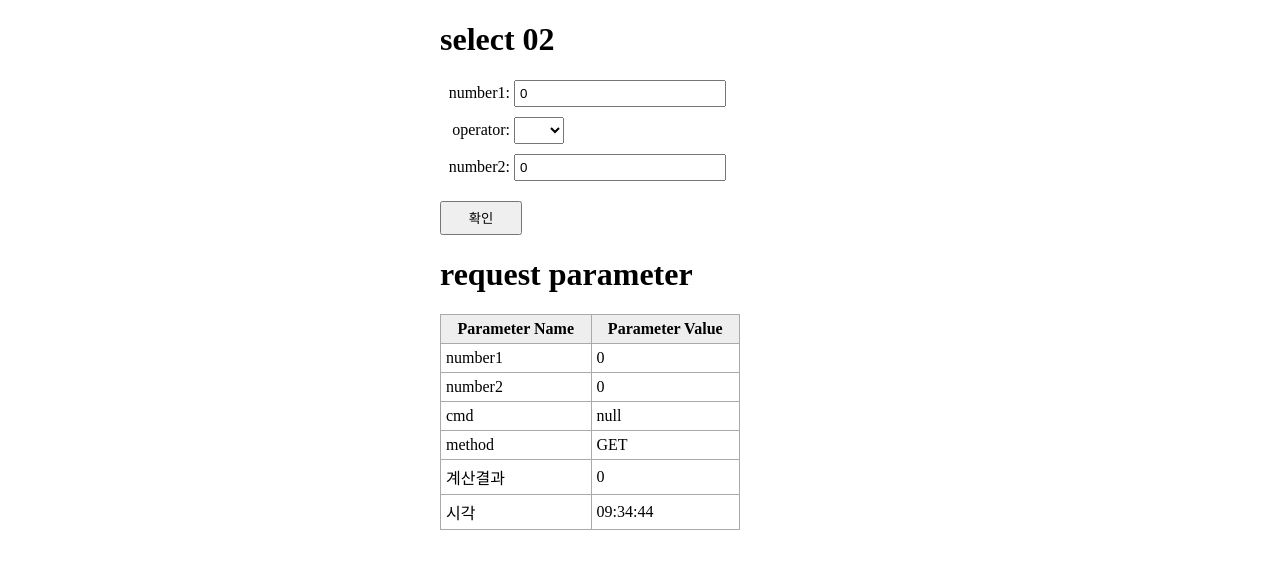
Repository: 5anniversary/JSPhw
Page: http://localhost/lecture1/form01/form2.jsp
An editor plug-in stored every save of this project. The page is shown before and after the next save, followed by the edit.
The browser window is 1280 px wide. The pictures show the whole page.
The page is served by Tomcat 9.

Above is the page before, as saved 2020-04-11 14:27:16.

After the next save:
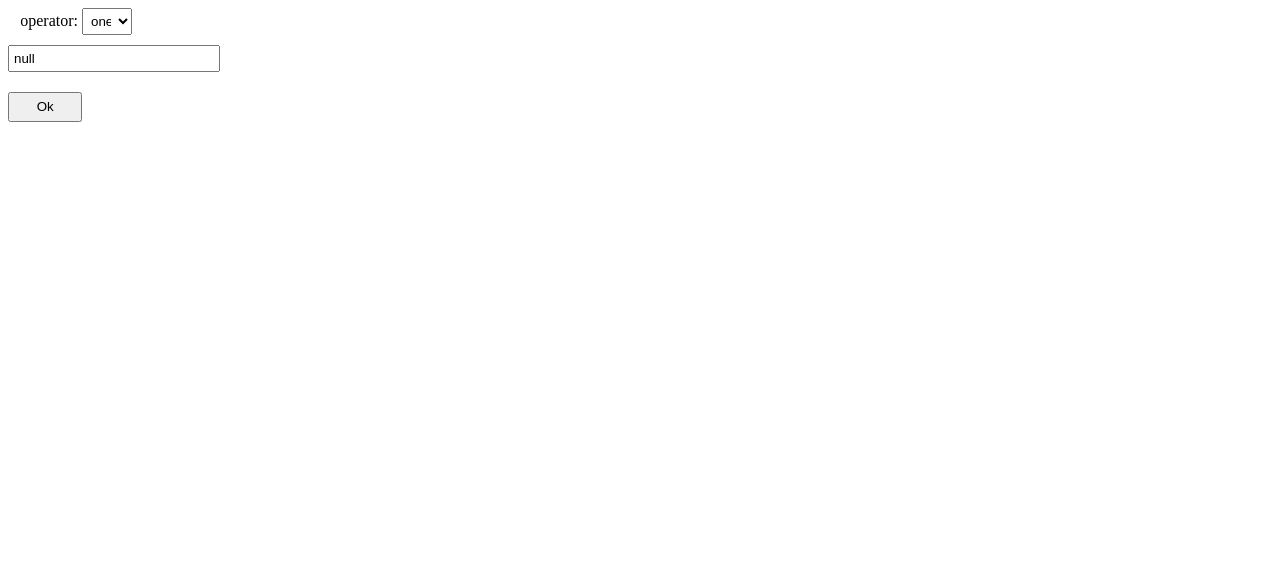
Saved 4 min 0 s later.
--- a/lecture1/WebContent/form01/form2.jsp
+++ b/lecture1/WebContent/form01/form2.jsp
@@ -53,79 +53,23 @@ td, th {
 </head>
 <body>
 	<%
-		String s1 = request.getParameter("number1");
-	int number1 = (s1 == null) ? 0 : Integer.parseInt(s1);
-	String s2 = request.getParameter("number2");
-	int number2 = (s2 == null) ? 0 : Integer.parseInt(s2);
-	String cmd = request.getParameter("cmd");
-	int result = 0;
-	if ("+".equals(cmd))
-		result = number1 + number2;
-	else if ("-".equals(cmd))
-		result = number1 - number2;
-	else if ("*".equals(cmd))
-		result = number1 * number2;
-	else if ("/".equals(cmd))
-		result = number1 / number2;
+	String s1 = request.getParameter("s1");
+	String result = s1;
 	%>
-	<div class="container">
-		<form method="get">
-			<h1>select 02</h1>
-			<div>
-				<label>number1:</label> <input type="text" name="number1"
-					value="<%=number1%>" />
-			</div>
-			<div>
-				<label>operator:</label> <select name="cmd">
-					<option value="+" <%="+".equals(cmd) ? "selected" : ""%>></option>
-					<option value="-" <%="-".equals(cmd) ? "selected" : ""%>>-</option>
-					<option value="*" <%="*".equals(cmd) ? "selected" : ""%>>*</option>
-					<option value="/" <%="/".equals(cmd) ? "selected" : ""%>>/</option>
-				</select>
-			</div>
-			<div>
-				<label>number2:</label> <input type="text" name="number2"
-					value="<%=number2%>" />
-			</div>
-			<div>
-				<button type="submit">확인</button>
-			</div>
-		</form>
-		<h1>request parameter</h1>
-		<table>
-			<thead>
-				<tr>
-					<th>Parameter Name</th>
-					<th>Parameter Value</th>
-				</tr>
-			</thead>
-			<tbody>
-				<tr>
-					<td>number1</td>
-					<td><%=number1%></td>
-				</tr>
-				<tr>
-					<td>number2</td>
-					<td><%=number2%></td>
-				</tr>
-				<tr>
-					<td>cmd</td>
-					<td><%=cmd%></td>
-				</tr>
-				<tr>
-					<td>method</td>
-					<td><%=request.getMethod()%></td>
-				</tr>
-				<tr>
-					<td>계산결과</td>
-					<td><%=result%></td>
-				</tr>
-				<tr>
-					<td>시각</td>
-					<td><%=new SimpleDateFormat("HH:mm:ss").format(new Date())%></td>
-				</tr>
-			</tbody>
-		</table>
-	</div>
+	<form method="get">
+		<div>
+			<label>operator:</label> <select name="s1">
+				<option value="one" <%="one".equals(s1) ? "selected" : ""%>>one</option>
+				<option value="two" <%="two".equals(s1) ? "selected" : ""%>>two</option>
+				<option value="three" <%="three".equals(s1) ? "selected" : ""%>>three</option>
+			</select>
+		</div>
+		<div>
+			<input type="text" name="s1" value="<%= result%>" />
+		</div>
+		<div>
+			<button type="submit">Ok</button>
+		</div>
+	</form>
 </body>
 </html>
